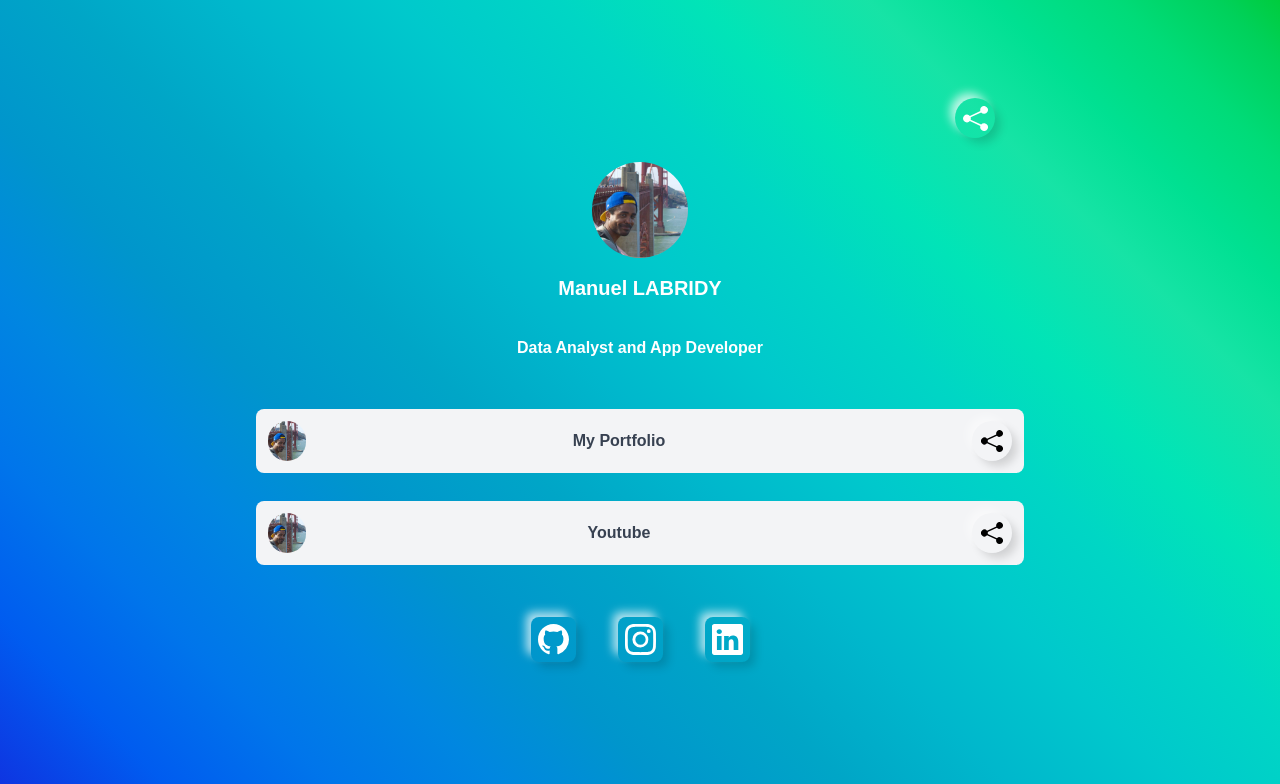
Repository: MateLaDBrouille97/linktree
Page: /
These files come from the project's save history. The page is drawn as it stood at one moment and after the next save; the edit follows.
The browser window is 1280 px wide. The pictures show the whole page.
The project was rebuilt for these pictures with package versions that can differ from the ones it lists, and the page was loaded fresh each time. The framework's server and built-in components were replaced by stand-ins that run in the browser. Also part of the build but not shown: next.config.js, styles/Home.module.css, styles/scrollup.css.

Above is the page before, as saved 2023-01-27 04:14:58.

After the next save:
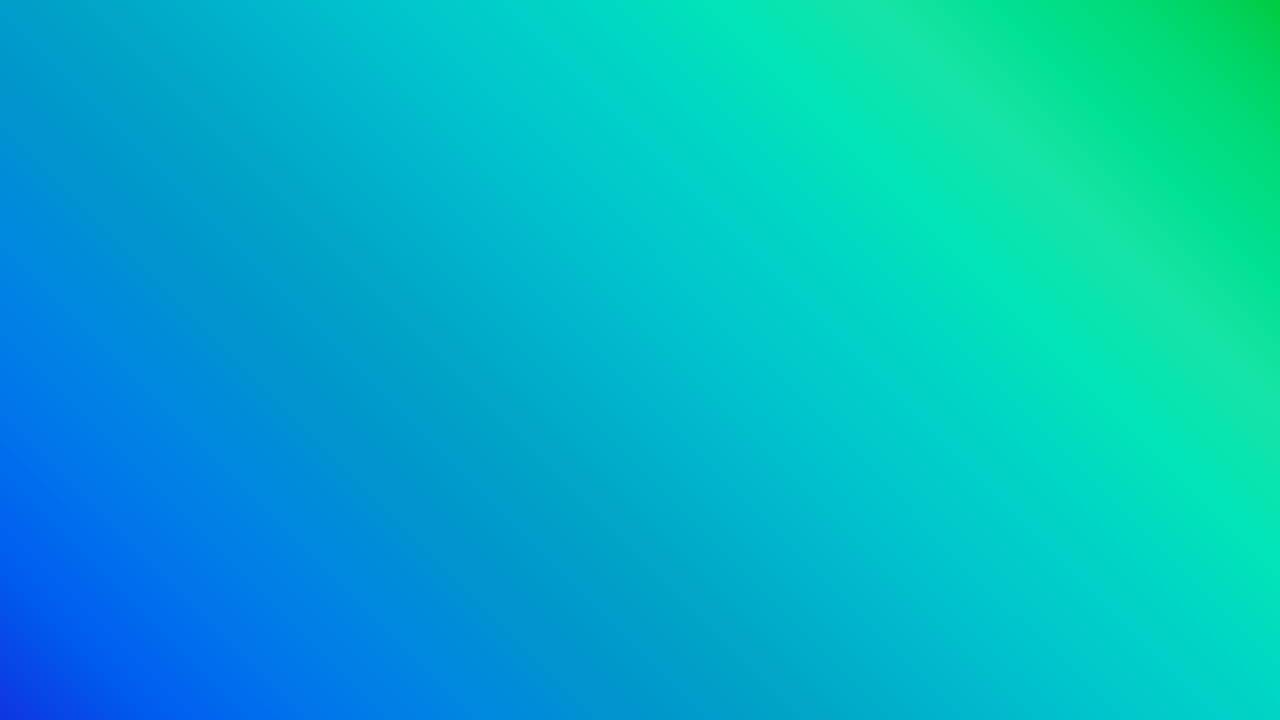
Saved 3 min 18 s later.
--- a/app/layout.tsx
+++ b/app/layout.tsx
@@ -12,10 +12,12 @@
 
 export default function RootLayout({children}:{ children: React.ReactNode, }) {
     return (
+      <div>
       <html lang="en">
         <body>{children}</body>
-        {/* <ScrollDow/> */}
-        {/* <ScrollUp/> */}
       </html>
+      {/* <ScrollDow/> */}
+      {/* <ScrollUp/> */}
+    </div>
     );
   }

After the save that followed:
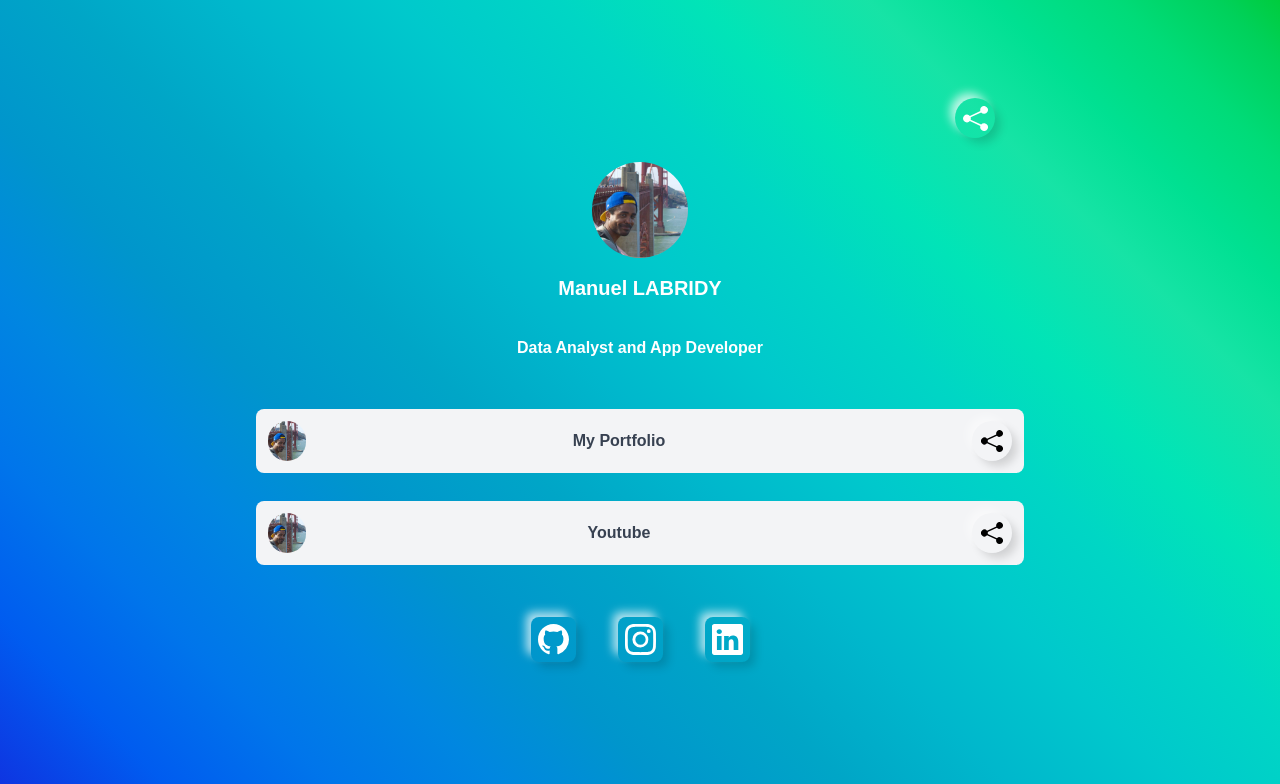
Saved 28 s later.
--- a/app/layout.tsx
+++ b/app/layout.tsx
@@ -10,14 +10,12 @@
 // import ScrollDow from '../components/ScrollDow';
 // import ScrollUp from '../components/scrollup/ScrollUp'
 
-export default function RootLayout({children}:{ children: React.ReactNode, }) {
+export default function RootLayout({children}:{ children: React.ReactNode; }) {
     return (
-      <div>
       <html lang="en">
         <body>{children}</body>
+        {/* <ScrollDow/> */}
+        {/* <ScrollUp/> */}
       </html>
-      {/* <ScrollDow/> */}
-      {/* <ScrollUp/> */}
-    </div>
     );
   }
